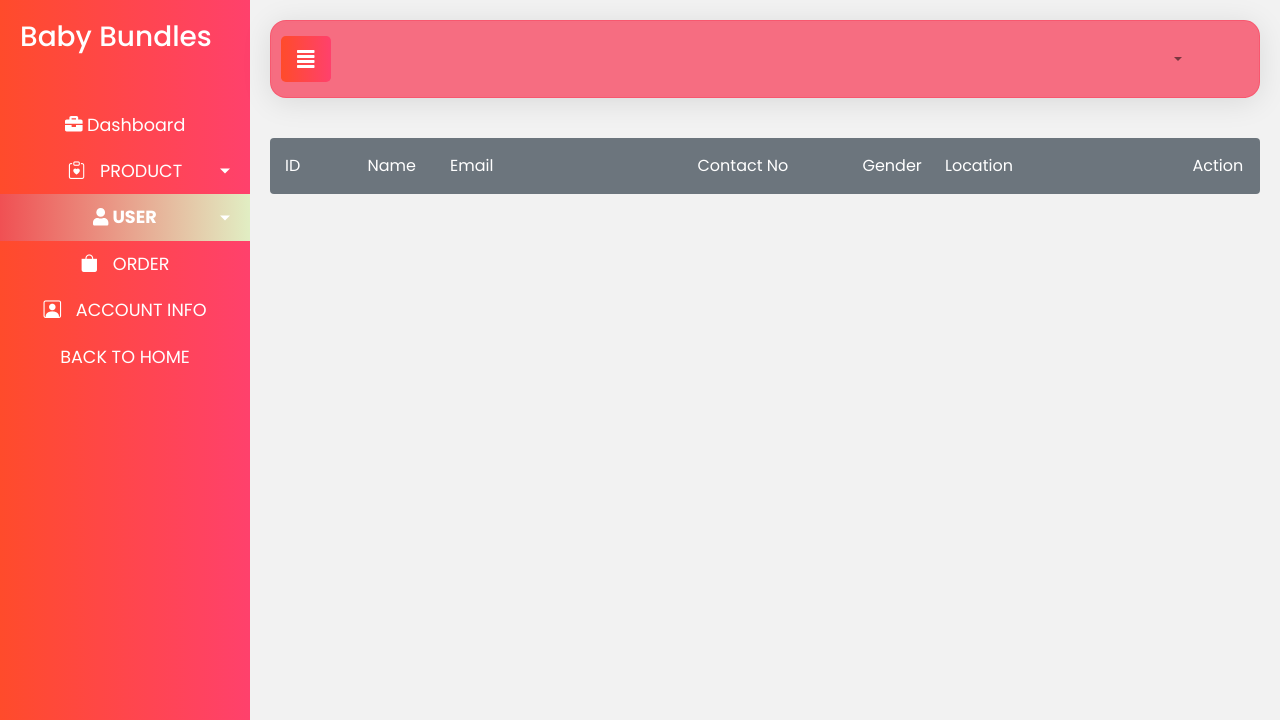
Repository: jiahow99/Baby-Bundles-University
Page: http://localhost/admin-viewuser.php
The author's editor kept a copy of each file at every save. The page is drawn from the files as they stood at one save, then again after the next save.
The browser window is 1280 px wide. The pictures show the whole page.
Some web libraries are served in a nearby version. The page is run by PHP 8.4 with error messages shown; the project is at /var/www/html/. Queries for data that is not in the repository find no rows.

Above is the page before, as saved 2022-11-25 00:50:59.

### admin-viewuser.php
<?php

// Start session
if(!isset($_SESSION)){
    session_start();
}

// Userid
if(isset($_GET['userid'])){
    $userid = $_GET['userid'];
}

// If button is pressed (edit/remove)
if(isset($_GET['action'])){

    switch ($_GET['action']) {
        // Edit User
        case 'edit':
            # Edit user goes here ...
            break;

        // Remove User
        case 'remove':
            # Remove user goes here ...
            break;
    }

}


?>


<!DOCTYPE html>
<html>

<head>
    <meta charset="utf-8">
    <meta name="viewport" content="width=device-width, initial-scale=1.0">
    <meta http-equiv="X-UA-Compatible" content="IE=edge">

    <title>Admin-User</title>

    <!-- Bootstrap CSS CDN -->
    <link rel="stylesheet" href="https://stackpath.bootstrapcdn.com/bootstrap/4.1.0/css/bootstrap.min.css" integrity="sha384-9gVQ4dYFwwWSjIDZnLEWnxCjeSWFphJiwGPXr1jddIhOegiu1FwO5qRGvFXOdJZ4" crossorigin="anonymous">
    <!-- Our Custom CSS -->
    <link rel="stylesheet" href="css/admin.style.css">

    <!-- Font Awesome JS -->
    <script defer src="https://use.fontawesome.com/releases/v5.0.13/js/solid.js" integrity="sha384-tzzSw1/Vo+0N5UhStP3bvwWPq+uvzCMfrN1fEFe+xBmv1C/AtVX5K0uZtmcHitFZ" crossorigin="anonymous"></script>
    <script defer src="https://use.fontawesome.com/releases/v5.0.13/js/fontawesome.js" integrity="sha384-6OIrr52G08NpOFSZdxxz1xdNSndlD4vdcf/q2myIUVO0VsqaGHJsB0RaBE01VTOY" crossorigin="anonymous"></script>
    <!-- Bootstrap Icon -->
    <link rel="stylesheet" href="https://cdn.jsdelivr.net/npm/bootstrap-icons@1.3.0/font/bootstrap-icons.css">
    <!-- JQuery -->
    <script src="https://code.jquery.com/jquery-3.5.1.min.js"></script>
    <!-- Bootstrap Icon -->
    <link rel="stylesheet" href="https://cdn.jsdelivr.net/npm/bootstrap-icons@1.9.1/font/bootstrap-icons.css" integrity="sha384-xeJqLiuOvjUBq3iGOjvSQSIlwrpqjSHXpduPd6rQpuiM3f5/ijby8pCsnbu5S81n" crossorigin="anonymous">
    <!-- JavaScript Bundle with Popper -->
    <script src="https://cdn.jsdelivr.net/npm/bootstrap@5.2.3/dist/js/bootstrap.bundle.min.js" integrity="sha384-kenU1KFdBIe4zVF0s0G1M5b4hcpxyD9F7jL+jjXkk+Q2h455rYXK/7HAuoJl+0I4" crossorigin="anonymous"></script>
    <link href="http://cdnjs.cloudflare.com/ajax/libs/font-awesome/4.3.0/css/font-awesome.css" rel="stylesheet"  type='text/css'>

    <!-- AJAX display all users -->
    <script>
            $(document).ready(function(){
                $.ajax({
                    url: "fetch_user.php",
                    type: "get",
                    dataType: "JSON",
                    success:function(user)
                    {
                        var len = user.length;
                        for(i=0 ; i<len; i++){
                            var str = '<div class="row bg-transparent rounded py-2 mb-2 user-row align-items-center">' +
                            '<div class="ml-4 user">' + user[i].userid + '</div>' +
                            '<div class="col-1 user">' + user[i].username + '</div>' +
                            '<div class="col-3 user">' + user[i].email + '</div>' +
                            '<div class="col-2 user">+' + user[i].contact + '</div>' +
                            '<div class="col-1 user">' + user[i].gender + '</div>' +
                            '<div class="col-3 user">' + user[i].location + '</div>' +
                            '<div class="col-1 user">' +
                            '<a href="admin-viewuser.php?action=edit&userid=' + user[i].userid + '" class="btn btn-primary">EDIT</a>' +
                            '<a href="admin-viewuser.php?action=remove&userid=' + user[i].userid + '" class="btn btn-primary">DELETE</a>' +
                            '</div></div>';

                            $('#users').append(str);
                        }
                    }
                });
            });

    </script>


</head>

<body>

    <div class="wrapper">

        <!-- Sidebar -->
        <?php require 'admin-sidebar.php' ?>

        <!-- Page Content  -->
        <div id="content" style="background-color:#F2F2F2">

            <!-- Navbar -->
            <?php require 'admin-topnavbar.php' ?>

            <!-- Users Container -->
            <div class="container" id="users">
                <!-- Header -->
                <div class="row bg-secondary rounded py-3 mb-3">
                    <div class="col-1 text-white">ID</div>
                    <div class="col-1 text-white">Name</div>
                    <div class="col-3 text-white">Email</div>
                    <div class="col-2 text-white">Contact No</div>
                    <div class="col-1 text-white">Gender</div>
                    <div class="col-3 text-white">Location</div>
                    <div class="col-1 text-white">Action</div>
                </div>

                <!-- Users Goes here (AJAX) ..... -->

            </div>

    </div>

    <!-- Popper.JS -->
    <script src="https://cdnjs.cloudflare.com/ajax/libs/popper.js/1.14.0/umd/popper.min.js" integrity="sha384-cs/chFZiN24E4KMATLdqdvsezGxaGsi4hLGOzlXwp5UZB1LY//20VyM2taTB4QvJ" crossorigin="anonymous"></script>
    <!-- Bootstrap JS -->
    <script src="https://stackpath.bootstrapcdn.com/bootstrap/4.1.0/js/bootstrap.min.js" integrity="sha384-uefMccjFJAIv6A+rW+L4AHf99KvxDjWSu1z9VI8SKNVmz4sk7buKt/6v9KI65qnm" crossorigin="anonymous"></script>

    <script type="text/javascript">
        $(document).ready(function () {
            $('#sidebarCollapse').on('click', function () {
                $('#sidebar').toggleClass('active');
                $('#dashboardlabel').toggleClass('d-none');
                $('#userlabel').toggleClass('d-none');
                $('#productlabel').toggleClass('d-none');
                $('#orderlabel').toggleClass('d-none');
                $('#accountlabel').toggleClass('d-none');
                $('#logoutlabel').toggleClass('d-none');
            });
        });
    </script>
</body>

</html>

### admin-sidebar.php
<!-- Sidebar  -->
<nav id="sidebar">
    <div class="sidebar-header">
        <h3>Baby Bundles</h3>
        <strong>BS</strong>
    </div>

    <ul class="list-unstyled components">
        <!-- Dashboard -->
        <li id="sidebar-dashboard">
            <a href="admin-dashboard.php">
                <i class="fas fa-briefcase"></i>
                <span id="dashboardlabel">Dashboard</span>
            </a>
        </li>
        <!-- Product -->
        <li id="sidebar-product">
            <a href="#homeSubmenu" data-toggle="collapse" aria-expanded="false" class="dropdown-toggle">
                <i class="bi bi-clipboard-heart"></i>
                <span id="productlabel">PRODUCT</span>
            </a>
            <ul class="collapse list-unstyled" id="homeSubmenu">
                <li>
                    <a href="admin-addproduct.php">ADD PRODUCT</a>
                </li>
                <li>
                    <a href="admin-viewproduct.php">DELETE PRODUCT</a>
                </li>
                <li>
                    <a href="admin-viewproduct.php">VIEW ALL</a>
                </li>
            </ul>
        </li>
        <!-- User -->
        <li id="sidebar-user">
            <a href="#pageSubmenu" data-toggle="collapse" aria-expanded="false" class="dropdown-toggle">
            <i class="fas fa-solid fa-user"></i>
                <span id="userlabel">USER</span>
            </a>
            <ul class="collapse list-unstyled" id="pageSubmenu">
                <li>
                    <a href="admin-viewuser.php">DELETE USER</a>
                </li>
                <li>
                    <a href="admin-viewuser.php">VIEW USERS</a>
                </li>
            </ul>
        </li>
        <!-- Order -->
        <li id="sidebar-order">
            <a href="admin-vieworder.php">
            <i class="bi bi-bag-fill"></i>
                <span id="orderlabel">ORDER</span>
            </a>
        </li>
        <!-- Account Info -->
        <li>
            <a href="account-info.php">
                <i class="bi bi-person-square"></i>
                <span id="accountlabel">ACCOUNT INFO</span>
            </a>
        </li>
        <!-- Back to home -->
        <li>
            <a href="index.php">
                <span id="logoutlabel">BACK TO HOME</span>
            </a>
        </li>
    </ul>
</nav>

<script>

  // Add 'active' class to navigation
  function activeNav(id){
    var nav = document.getElementById(id);
    nav.classList.add('active');
  }

  var title = document.title;

  switch(title){
    case 'Admin-Product':
      activeNav('sidebar-product');
      break;
    case 'Admin-User':
      activeNav('sidebar-user');
      break;
    case 'Admin-Order':
      activeNav('sidebar-order');
      break;
    case 'Admin-Dashboard':
      activeNav('sidebar-dashboard');
      break;
  }
</script>

### admin-topnavbar.php
<nav class="navbar navbar-expand-lg navbar-light bg-admin">
    <div class="container-fluid pl-0">

        <button type="button" id="sidebarCollapse" class="btn-lg btn-primary">
            <i class="fas fa-align-justify"></i>
            <!-- <span>Toggle Sidebar</span> -->
        </button>
        <button class="btn btn-dark d-inline-block d-lg-none ml-auto" type="button" data-toggle="collapse" data-target="#navbarSupportedContent" aria-controls="navbarSupportedContent" aria-expanded="false" aria-label="Toggle navigation">
            <i class="fas fa-align-justify"></i>
        </button>

        <div class="collapse navbar-collapse" id="navbarSupportedContent">
            <ul class="nav navbar-nav ml-auto">
                <li class="nav-item dropdown mx-lg-3 col-2 col-lg-1" >
                    <a href="#" class="nav-link dropdown-toggle user-account text-black" id="userDropdownMenuLink" data-bs-toggle="dropdown" aria-haspopup="true" aria-expanded="false">
                    <?php
                    // Username
                    if(isset($_COOKIE['username'])){
                        echo $_COOKIE['username'];
                    }
                    ?>
                    </a>
                    <div class="dropdown-menu text-sm " aria-labelledby="userDropdownMenuLink">
                        <a href="account-info.php" class="dropdown-item">Account</a>
                        <a href="index.php" class="dropdown-item">Back to home</a>
                        <a href="logout.php" class="dropdown-item">Logout</a>
                    </div>
                </li>
            </ul>
        </div>
    </div>
</nav>

### fetch_user.php
<?php

require_once('dbcontroller.php');

$dbcontroller = new DBController();

// Get all product
$result = $dbcontroller->selectProduct("SELECT * FROM login_table WHERE is_admin=''");

// Empty array
$output = array();

// Loop through Shopping Cart
foreach( $result as $user ){
    $user_array = array(
        'userid' => $user['userid'],
        'username' => $user['username'],
        'contact' => $user['contact'],
        'gender' => $user['gender'],
        'location' => $user['location'],
        'email' => $user['email']
    );

    // Append each product
    array_push($output, $user_array);

}

// Encode to JSON format
echo json_encode($output);



?>

### dbcontroller.php
<?php

class DBController{
    private $host = 'localhost';
    private $db = 'babybundles_database';
    private $user= 'root';
    private $pass = '';
    // private $attr = "mysql:host=$host;dbname=$db";
    // private $table = 'product_table';
    public $conn;

    // constructor
    function __construct(){
        $attr = "mysql:host=".$this->host.";dbname=".$this->db;
        $opts =
        [
            PDO::ATTR_ERRMODE => PDO::ERRMODE_EXCEPTION,
            PDO::ATTR_DEFAULT_FETCH_MODE => PDO::FETCH_ASSOC,
            PDO::ATTR_EMULATE_PREPARES => false,
        ];
        $this->conn = new PDO($attr, $this->user, $this->pass, $opts);
    }

    // Insert
    function insertQuery($query){
        $result = $this->conn->query($query);
        return $result;
    }

    // Select user
    function selectUser($query){
        $result = $this->conn->query($query);
        $row = $result->fetch();
        return $row;
    }

    // Select single product
    function selectSingleProduct($query){
        $result = $this->conn->query($query);
        $row = $result->fetch();
        return $row;
    }

    // Select all product
    function selectProduct($query){
        $result = $this->conn->query($query);
        $row = $result->fetchAll();
        return $row;
    }

    // Update shopping cart
    function updateCart($query){
        $result = $this->conn->query($query);
        return $result;
    }

    // Update product info
    function updateProduct($query){
        $result = $this->conn->query($query);
        return $result;
    }

    // count num of rows
    function numRows($query){
        $result = $this->conn->query($query);
        return $result->rowCount();
    }

    // limit text (title)
    function limit_text($text, $limit) {
        if (str_word_count($text, 0) > $limit) {
            $words = str_word_count($text, 2);
            $pos   = array_keys($words);
            $text  = substr($text, 0, $pos[$limit]) . '...';
        }
        return $text;
    }

    // sanitise()
    function sanitise($string){
        $string = htmlentities($string);
        return $string;
    }

}
?>

### css/admin.style.css
/*
    DEMO STYLE
*/

@import "https://fonts.googleapis.com/css?family=Poppins:300,400,500,600,700";

body {
    font-family: 'Poppins', sans-serif;
    background: #fafafa;
}

p {
    font-family: 'Poppins', sans-serif;
    font-size: 1.1em;
    font-weight: 300;
    line-height: 1.7em;
    color: #999;
}

a,
a:hover,
a:focus {
    color: inherit;
    text-decoration: none;
    transition: all 0.3s;
}

.navbar {
    padding: 15px 10px;
    background: #fff;
    border: none;
    border-radius: 0;
    margin-bottom: 40px;
    box-shadow: 1px 1px 3px rgba(0, 0, 0, 0.1);
}

.navbar-btn {
    box-shadow: none;
    outline: none !important;
    border: none;
}

.line {
    width: 100%;
    height: 1px;
    border-bottom: 1px dashed #ddd;
    margin: 40px 0;
}

i,
span {
    display: inline-block;
}

/* ---------------------------------------------------
    SIDEBAR STYLE
----------------------------------------------------- */

.wrapper {
    display: flex;
    align-items: stretch;
}

#sidebar {
    min-width: 250px;
    max-width: 250px;
    background: #FF416C;  /* fallback for old browsers */
    background: -webkit-linear-gradient(to right, #FF4B2B, #FF416C);  /* Chrome 10-25, Safari 5.1-6 */
    background: linear-gradient(to right, #FF4B2B, #FF416C); /* W3C, IE 10+/ Edge, Firefox 16+, Chrome 26+, Opera 12+, Safari 7+ */
    color: #fff;
    transition: all 0.3s;
}

#sidebar.active {
    min-width: 80px;
    max-width: 80px;
    text-align: center;
}

#sidebar.active .sidebar-header h3,
#sidebar.active .CTAs {
    display: none;
}

#sidebar.active .sidebar-header strong {
    display: block;
}

#sidebar ul li a {
    text-align: left;
}

#sidebar.active ul li a {
    padding: 20px 10px;
    text-align: center;
    font-size: 0.85em;
}

#sidebar.active ul li a i {
    margin-right: 0;
    display: block;
    font-size: 1.8em;
    margin-bottom: 5px;
}

#sidebar.active ul ul a {
    padding: 10px !important;
}

#sidebar.active .dropdown-toggle::after {
    top: auto;
    bottom: 10px;
    right: 50%;
    -webkit-transform: translateX(50%);
    -ms-transform: translateX(50%);
    transform: translateX(50%);
}

#sidebar .sidebar-header {
    padding: 20px;
    background: #FF416C;  /* fallback for old browsers */
    background: -webkit-linear-gradient(to right, #FF4B2B, #FF416C);  /* Chrome 10-25, Safari 5.1-6 */
    background: linear-gradient(to right, #FF4B2B, #FF416C); /* W3C, IE 10+/ Edge, Firefox 16+, Chrome 26+, Opera 12+, Safari 7+ */
}

#sidebar .sidebar-header strong {
    display: none;
    font-size: 1.8em;
}

#sidebar ul.components {
    padding: 20px 0;
}

#sidebar ul li a {
    padding: 10px;
    font-size: 1.1em;
    display: block;
    text-align: center;
}

#sidebar ul li a:hover {
    color: #dc1522;
    background: #fff;
    font-weight: bolder;
}

#sidebar ul li a i {
    margin-right: 10px;
}

#sidebar ul li.active>a,
a[aria-expanded="true"] {
    color: #fff;
    background: #e1eec3;  /* fallback for old browsers */
    background: -webkit-linear-gradient(to right, #f05053, #e1eec3);  /* Chrome 10-25, Safari 5.1-6 */
    background: linear-gradient(to right, #f05053, #e1eec3); /* W3C, IE 10+/ Edge, Firefox 16+, Chrome 26+, Opera 12+, Safari 7+ */
    font-weight: bolder;
}

a[data-toggle="collapse"] {
    position: relative;
}

.dropdown-toggle::after {
    display: block;
    position: absolute;
    top: 50%;
    right: 20px;
    transform: translateY(-50%);
}

ul ul a {
    font-size: 0.9em !important;
    padding-left: 30px !important;
    background: #6d7fcc;
}

ul.CTAs {
    padding: 20px;
}

ul.CTAs a {
    text-align: center;
    font-size: 0.9em !important;
    display: block;
    border-radius: 5px;
    margin-bottom: 5px;
}

a.download {
    background: #fff;
    color: #7386D5;
}

a.article,
a.article:hover {
    background: #6d7fcc !important;
    color: #fff !important;
}

/* ---------------------------------------------------
    CONTENT STYLE
----------------------------------------------------- */

#content {
    width: 100%;
    padding: 20px;
    min-height: 100vh;
    transition: all 0.3s;
}

/* ---------------------------------------------------
    MEDIAQUERIES
----------------------------------------------------- */

@media (max-width: 768px) {
    #sidebar {
        min-width: 80px;
        max-width: 80px;
        text-align: center;
        margin-left: -80px !important;
    }
    .dropdown-toggle::after {
        top: auto;
        bottom: 10px;
        right: 50%;
        -webkit-transform: translateX(50%);
        -ms-transform: translateX(50%);
        transform: translateX(50%);
    }
    #sidebar.active {
        margin-left: 0 !important;
    }
    #sidebar .sidebar-header h3,
    #sidebar .CTAs {
        display: none;
    }
    #sidebar .sidebar-header strong {
        display: block;
    }
    #sidebar ul li a {
        padding: 20px 10px;
    }
    #sidebar ul li a span {
        font-size: 0.85em;
    }
    #sidebar ul li a i {
        margin-right: 0;
        display: block;
    }
    #sidebar ul ul a {
        padding: 10px !important;
    }
    #sidebar ul li a i {
        font-size: 1.3em;
    }
    #sidebar {
        margin-left: 0;
    }
    #sidebarCollapse span {
        display: none;
    }
}

#homeSubmenu li a,#pageSubmenu li a{
    background: #ED213A;  /* fallback for old browsers */
    background: -webkit-linear-gradient(to right, #93291E, #ED213A);  /* Chrome 10-25, Safari 5.1-6 */
    background: linear-gradient(to right, #93291E, #ED213A); /* W3C, IE 10+/ Edge, Firefox 16+, Chrome 26+, Opera 12+, Safari 7+ */



}

.btn-primary{
    background: #ffffff;  /* fallback for old browsers */
    background: -webkit-linear-gradient(to right, #FF4B2B, #FF416C);  /* Chrome 10-25, Safari 5.1-6 */
    background: linear-gradient(to right, #FF4B2B, #FF416C); /* W3C, IE 10+/ Edge, Firefox 16+, Chrome 26+, Opera 12+, Safari 7+ */
    border: 0;
    cursor: pointer;
}

.glass{
/* From https://css.glass */
background: rgba(255, 255, 255, 0.18);
border-radius: 16px;
box-shadow: 0 4px 30px rgba(0, 0, 0, 0.1);
backdrop-filter: blur(20px);
-webkit-backdrop-filter: blur(20px);
border: 1px solid rgba(255, 255, 255, 0.13);
}

.input--style-6, .textarea--style-6 {
    background: transparent;
    line-height: 38px;
    border: 1px solid #7b7676;
    -webkit-border-radius: 3px;
    -moz-border-radius: 3px;
    border-radius: 3px;
    color: #666;
    font-size: 15px;
    font-weight: bold;
    -webkit-transition: all 0.4s ease;
    -o-transition: all 0.4s ease;
    -moz-transition: all 0.4s ease;
    transition: all 0.4s ease;
    padding: 0 20px;
}

.input--style-6:focus,
.textarea--style-6:focus {
  -webkit-box-shadow: 0px 1px 5px 0px rgba(0, 0, 0, 0.15);
  -moz-box-shadow: 0px 1px 5px 0px rgba(0, 0, 0, 0.15);
  box-shadow: 0px 1px 5px 0px rgba(0, 0, 0, 0.15);
  -webkit-transform: translateY(-3px);
  -moz-transform: translateY(-3px);
  -ms-transform: translateY(-3px);
  -o-transform: translateY(-3px);
  transform: translateY(-3px);
  border: 2px solid #7b7676;

}

.name{
    width: 188px;
  color: rgb(175, 33, 33);
  font-size: 15px;
  font-weight: 700;
  margin-top: 11px;
  font-family: "Poppins", sans-serif;
}

.form-check {
    display: block;
    min-height: 1.5rem;
    padding-left: 1.5em;
    margin-bottom: 0.125rem;
}

.form-check .form-check-input {
float: left;
margin-left: -1.5em;
}

.form-check-input {
width: 1em;
height: 1em;
margin-top: 0.25em;
vertical-align: top;
background-color: #fff;
background-repeat: no-repeat;
background-position: center;
background-size: contain;
border: 1px solid rgba(0, 0, 0, 0.25);
-webkit-appearance: none;
-moz-appearance: none;
appearance: none;
-webkit-print-color-adjust: exact;
color-adjust: exact;
}

.form-check-input[type="checkbox"] {
border-radius: 0.25em;
}

.form-check-input[type="radio"] {
border-radius: 50%;
}

.form-check-input:active {
filter: brightness(90%);
}

.form-check-input:focus {
border-color: #ed9999;
outline: 0;
box-shadow: 0 0 0 0.25rem rgba(218, 51, 51, 0.25);
}

.form-check-input:checked {
background-color: #da3333;
border-color: #da3333;
}

.form-check-input:checked[type="checkbox"] {
background-image: url("data:[embedded picture, 214 characters]");
}

.form-check-input:checked[type="radio"] {
background-image: url("data:[embedded picture, 126 characters]");
}

.form-check-input[type="checkbox"]:indeterminate {
background-color: #da3333;
border-color: #da3333;
background-image: url("data:[embedded picture, 208 characters]");
}

.form-check-input:disabled {
pointer-events: none;
filter: none;
opacity: 0.5;
}

.form-check-input[disabled] ~ .form-check-label, .form-check-input:disabled ~ .form-check-label {
opacity: 0.5;
}

.form-switch {
padding-left: 2.5em;
}

.form-switch .form-check-input {
width: 2em;
margin-left: -2.5em;
background-image: url("data:[embedded picture, 143 characters]");
background-position: left center;
border-radius: 2em;
transition: background-position 0.15s ease-in-out;
}

.user{
    color: black;
    font-weight: bold;
}

.user-row{
    border: 1px solid black;
}

.bg-admin{
/* From https://css.glass */
background: rgba(248, 40, 70, 0.66);
border-radius: 16px;
box-shadow: 0 4px 30px rgba(0, 0, 0, 0.1);
backdrop-filter: blur(6.9px);
-webkit-backdrop-filter: blur(6.9px);
border: 1px solid rgba(248, 40, 70, 0.3);
}

After the next save:
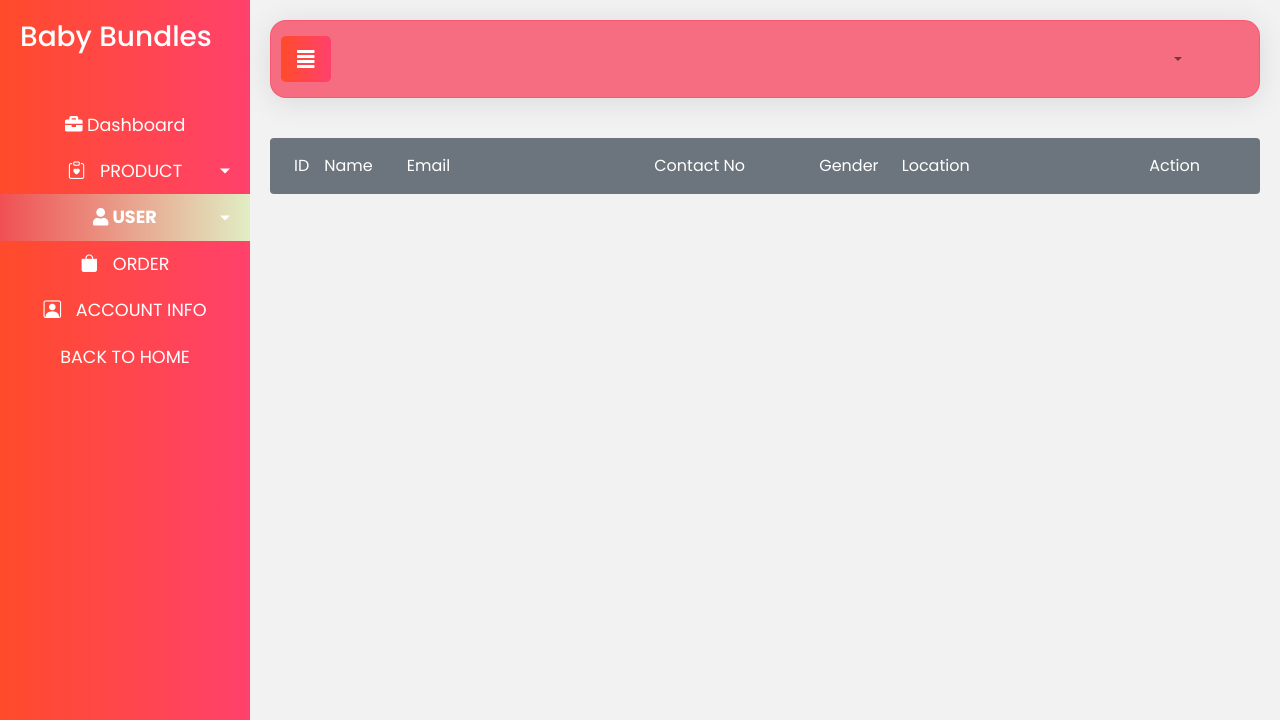
Saved 13 s later.
--- a/admin-viewuser.php
+++ b/admin-viewuser.php
@@ -110,7 +110,7 @@ if(isset($_GET['action'])){
             <div class="container" id="users">
                 <!-- Header -->
                 <div class="row bg-secondary rounded py-3 mb-3">
-                    <div class="col-1 text-white">ID</div>
+                    <div class="ml-4 text-white">ID</div>
                     <div class="col-1 text-white">Name</div>
                     <div class="col-3 text-white">Email</div>
                     <div class="col-2 text-white">Contact No</div>
